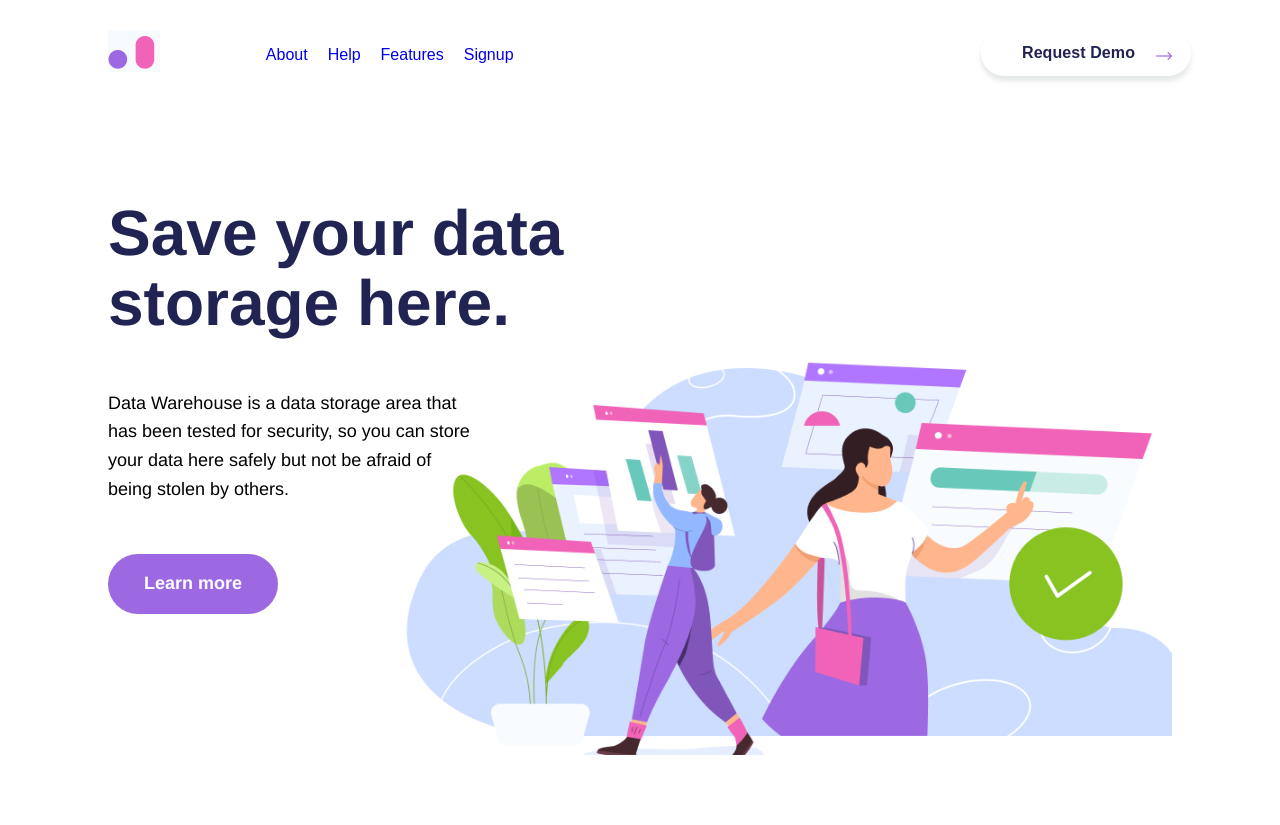
Repository: batonAnton/HW6_flexbox
Page: index.html
An editor plug-in stored every save of this project. The page is shown before and after the next save, followed by the edit.
The browser window is 1280 px wide. The pictures show the whole page.
Some web fonts or font styles are not loaded; a fallback is used.

Above is the page before, as saved 2022-06-18 11:16:45.

After the next save:
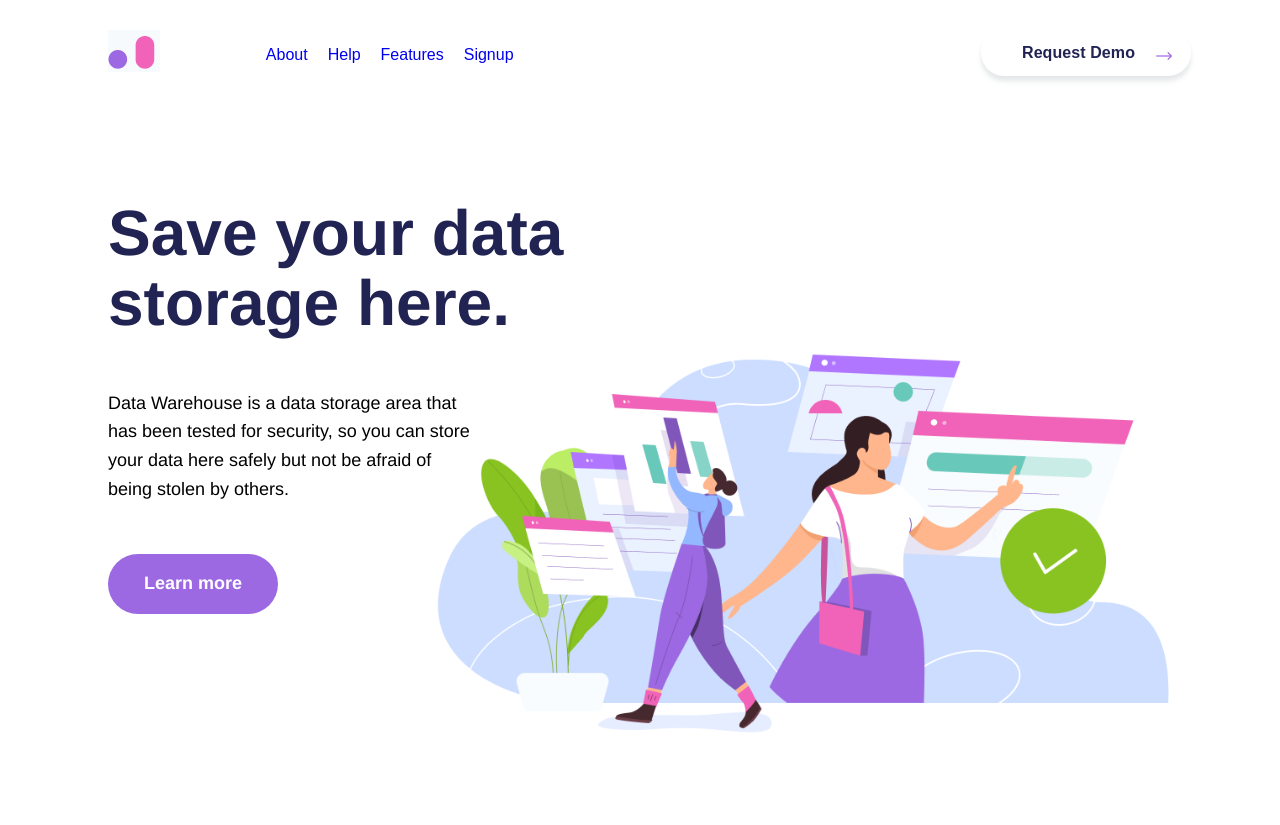
Saved 5 min 13 s later.
--- a/css/style.css
+++ b/css/style.css
@@ -103,11 +103,11 @@ button:hover {
 
 .section-img {
   position: absolute;
-  bottom: -5%;
-  right: -10%;
+  bottom: 1%;
+  right: -13%;
 }
 .section-img img {
-  width: 90%;
+  width: 84%;
 }
 
 .info button{
